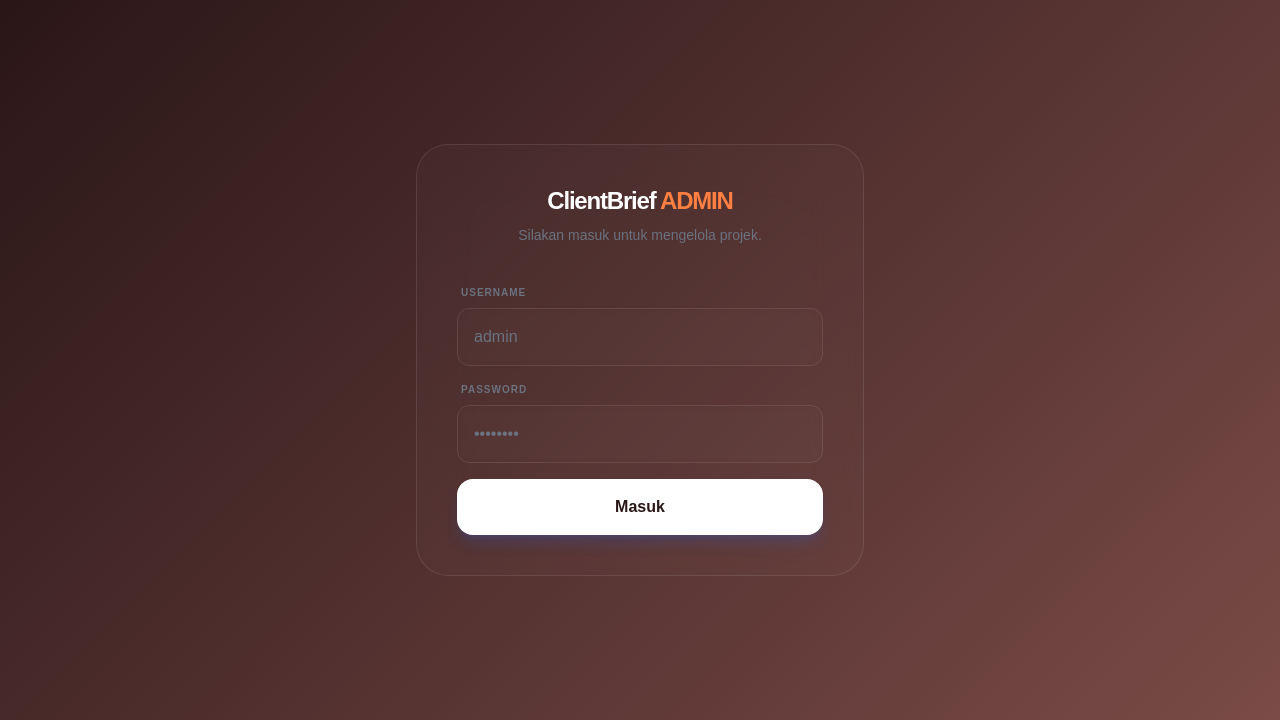
Repository: zhr-nabila/ClientBrief
Page: http://localhost/admin/login.php
The author's editor kept a copy of each file at every save. The page is drawn from the files as they stood at one save, then again after the next save.
The browser window is 1280 px wide. The pictures show the whole page.
Some web fonts or font styles are not loaded; a fallback is used. Some web libraries are served in a nearby version. The page is run by PHP 8.4 with error messages shown; the project is at /var/www/html/.

Above is the page before, as saved 2026-01-20 21:39:59.

### admin/login.php
<?php
session_start();
if (isset($_SESSION['admin_logged_in'])) {
    header("Location: index.php");
    exit();
}

if (isset($_POST['login'])) {
    $user = $_POST['username'];
    $pass = $_POST['password'];

    if ($user === "admin" && $pass === "admin123") {
        $_SESSION['admin_logged_in'] = true;
        header("Location: index.php");
        exit();
    } else {
        $error = "Username atau Password salah.";
    }
}
?>
<!DOCTYPE html>
<html lang="id">

<head>
    <meta charset="UTF-8">
    <title>Admin Login | ClientBrief</title>
    <script src="https://cdn.tailwindcss.com"></script>
    <link href="https://fonts.googleapis.com/css2?family=Plus+Jakarta+Sans:wght@400;700&display=swap" rel="stylesheet">
    <link rel="stylesheet" href="../assets/css/style.css">
</head>

<body class="flex items-center justify-center min-h-screen p-6 bg-gray-900">
    <div class="w-full max-w-md bg-white/[0.02] border border-white/10 p-10 rounded-[32px] backdrop-blur-xl">
        <div class="text-center mb-10">
            <h1 class="text-2xl font-black tracking-tighter text-white">ClientBrief <span class="text-blue-500">ADMIN</span></h1>
            <p class="text-gray-500 text-sm mt-2">Silakan masuk untuk mengelola projek.</p>
        </div>
        <?php if (isset($error)): ?>
            <div class="bg-red-500/10 border border-red-500/20 text-red-500 text-xs p-4 rounded-xl mb-6 text-center"><?= $error ?></div>
        <?php endif; ?>
        <form method="POST" class="space-y-4">
            <div>
                <label class="text-[10px] font-bold text-gray-500 uppercase tracking-widest ml-1 mb-2 block">Username</label>
                <input type="text" name="username" class="w-full bg-transparent border border-white/10 p-4 rounded-xl text-white outline-none focus:border-blue-500 transition backdrop-blur-sm placeholder:text-gray-500" placeholder="admin" required>
            </div>
            <div>
                <label class="text-[10px] font-bold text-gray-500 uppercase tracking-widest ml-1 mb-2 block">Password</label>
                <input type="password" name="password" class="w-full bg-transparent border border-white/10 p-4 rounded-xl text-white outline-none focus:border-blue-500 transition backdrop-blur-sm placeholder:text-gray-500" placeholder="••••••••" required>
            </div>
            <button type="submit" name="login" class="w-full bg-blue-600 py-4 rounded-2xl font-bold text-white mt-4 hover:bg-blue-700 transition shadow-lg shadow-blue-600/20">Masuk</button>
        </form>
    </div>
</body>

</html>

### assets/css/style.css
:root {
    --bg: #050810;
    --text: white;
    --card: rgba(42, 22, 23, 0.8);
    --border: rgba(179, 44, 26, 0.2);
}
/* HILANGKAN SCROLLBAR TAPI TETAP BISA SCROLL */
html, body {
    /* Izinkan scrolling */
    overflow-y: auto !important;
    overflow-x: hidden !important;

    /* Hilangkan scrollbar untuk Firefox */
    scrollbar-width: none !important;

    /* Hilangkan scrollbar untuk IE/Edge */
    -ms-overflow-style: none !important;
}

/* Hilangkan scrollbar untuk Chrome, Safari, Opera */
::-webkit-scrollbar {
    display: none !important;
    width: 0 !important;
    height: 0 !important;
    background: transparent !important;
}

/* Untuk elemen dengan konten scrollable */
.scrollable-content {
    overflow-y: auto;
    overflow-x: hidden;
    scrollbar-width: none;
    -ms-overflow-style: none;
}

.scrollable-content::-webkit-scrollbar {
    display: none;
}

body {
    background-color: #2A1617;
    color: var(--text);
    font-family: 'Plus Jakarta Sans', sans-serif;
    transition: 0.4s;
    overflow-x: hidden;
    min-height: 100vh;
}

.light-mode {
    background-color: #FFF897 !important;
    --text: #2A1617;
    --card: rgba(255, 255, 255, 0.9);
    --border: rgba(254, 127, 66, 0.3);
}

.light-mode .glass-card {
    background: var(--card) !important;
    border-color: var(--border) !important;
}

.light-mode .input-field {
    background: rgba(255, 255, 255, 0.9) !important;
    color: #2A1617 !important;
    border-color: rgba(254, 127, 66, 0.3) !important;
}

.light-mode .input-field::placeholder {
    color: #7A4B47 !important;
    opacity: 0.7;
}

.glass-card {
    background: var(--card);
    border: 1px solid var(--border);
    backdrop-filter: blur(15px);
}

.no-scrollbar::-webkit-scrollbar {
    display: none;
}

.no-scrollbar {
    -ms-overflow-style: none;
    scrollbar-width: none;
}

.hero-gradient {
    background: radial-gradient(circle at top right, #B32C1A, #2A1617);
}

.step-content,
#form-container {
    display: none;
}

.active {
    display: block !important;
    animation: slideUp 0.6s cubic-bezier(0.16, 1, 0.3, 1);
}

@keyframes slideUp {
    from {
        opacity: 0;
        transform: translateY(30px);
    }
    to {
        opacity: 1;
        transform: translateY(0);
    }
}

@keyframes shake {
    0%, 100% { transform: translateX(0); }
    25% { transform: translateX(-6px); }
    50% { transform: translateX(6px); }
    75% { transform: translateX(-6px); }
}

.error-shake {
    animation: shake 0.3s ease-in-out;
    border-color: #B32C1A !important;
}

.input-field {
    width: 100%;
    background: rgba(42, 22, 23, 0.6);
    border: 1px solid rgba(179, 44, 26, 0.3);
    border-radius: 1rem;
    padding: 1rem;
    color: inherit;
    outline: none;
    transition: 0.3s;
}

.input-field:focus {
    border-color: #FE7F42 !important;
    box-shadow: 0 0 0 2px rgba(254, 127, 66, 0.2);
}

.input-field:-webkit-autofill,
.input-field:-webkit-autofill:hover,
.input-field:-webkit-autofill:focus {
    -webkit-box-shadow: 0 0 0px 1000px rgba(42, 22, 23, 0.6) inset !important;
    -webkit-text-fill-color: white !important;
}

.light-mode .input-field:-webkit-autofill,
.light-mode .input-field:-webkit-autofill:hover,
.light-mode .input-field:-webkit-autofill:focus {
    -webkit-box-shadow: 0 0 0px 1000px rgba(255, 248, 151, 0.8) inset !important;
    -webkit-text-fill-color: #2A1617 !important;
}

.iti {
    width: 100%;
}

.iti__country-list {
    color: var(--text);
    border-radius: 1rem;
    padding: 10px;
    background: rgba(42, 22, 23, 0.95);
    border: 1px solid rgba(179, 44, 26, 0.3);
    max-height: 200px;
    overflow-y: auto;
    scrollbar-width: thin;
    scrollbar-color: rgba(179, 44, 26, 0.5) transparent;
    backdrop-filter: blur(10px);
}

.iti__country-list::-webkit-scrollbar {
    width: 6px;
}

.iti__country-list::-webkit-scrollbar-thumb {
    background: rgba(179, 44, 26, 0.5);
    border-radius: 3px;
}

.light-mode .iti__country-list {
    background: rgba(255, 248, 151, 0.95);
    color: #2A1617;
}

.iti__dropdown-content {
    width: 380px !important;
    background: rgba(42, 22, 23, 0.95) !important;
    border: 1px solid rgba(179, 44, 26, 0.3) !important;
    border-radius: 18px !important;
    backdrop-filter: blur(25px);
    padding: 14px !important;
    margin-top: 8px !important;
    z-index: 99999 !important;
}

.iti__search-input {
    width: 100% !important;
    padding: 14px 18px !important;
    border-radius: 14px !important;
    border: 1px solid rgba(179, 44, 26, 0.3) !important;
    background: rgba(179, 44, 26, 0.1) !important;
    color: var(--text) !important;
    margin-bottom: 14px !important;
}

.iti__country {
    padding: 12px 16px !important;
    border-radius: 12px !important;
    display: flex !important;
    align-items: center !important;
}

.iti__country-name {
    flex: 1 !important;
    font-size: 15px !important;
}

.iti__dial-code {
    font-weight: 600 !important;
    opacity: 0.85 !important;
}

.iti__country.iti__highlight {
    background: linear-gradient(135deg, #FE7F42, #B32C1A) !important;
    color: white !important;
}

/* ==================== PROGRESS BAR FIX ==================== */
#p-1, #p-2, #p-3 {
    transition: all 0.5s ease !important;
}

/* PROGRESS BAR WARNANYA DARI JS - Ini fix untuk warna default */
#p-1 {
    background-color: #FE7F42 !important;
}

/* ==================== SELECT DROPDOWN FIX ==================== */
#in-jasa {
    width: 100% !important;
    height: 56px !important;
    padding: 1rem !important;
    padding-right: 3rem !important;
    background: rgba(42, 22, 23, 0.6) !important;
    border: 1px solid rgba(179, 44, 26, 0.3) !important;
    border-radius: 1rem !important;
    color: white !important;
    font-size: 15px !important;
    font-weight: 500 !important;
    cursor: pointer !important;
    outline: none !important;
    appearance: none !important;
    -webkit-appearance: none !important;
    -moz-appearance: none !important;
    transition: all 0.3s ease !important;
}

#in-jasa:hover {
    background: rgba(179, 44, 26, 0.4) !important;
}

#in-jasa:focus {
    border-color: #FE7F42 !important;
    box-shadow: 0 0 0 2px rgba(254, 127, 66, 0.2) !important;
}

.light-mode #in-jasa {
    background: rgba(255, 255, 255, 0.9) !important;
    color: #2A1617 !important;
    border-color: rgba(254, 127, 66, 0.3) !important;
}

.light-mode #in-jasa:hover {
    background: rgba(254, 127, 66, 0.1) !important;
}

/* FIX OPTION TEXT - HAPUS ICON */
#in-jasa option {
    background: #2A1617 !important;
    color: white !important;
    padding: 12px !important;
    font-size: 14px !important;
}

.light-mode #in-jasa option {
    background: #FFF897 !important;
    color: #2A1617 !important;
}

#in-jasa option:checked {
    background: linear-gradient(135deg, #FE7F42, #B32C1A) !important;
    color: white !important;
}

.relative > i[data-lucide="chevron-down"] {
    position: absolute;
    right: 1rem;
    top: 50%;
    transform: translateY(-50%);
    opacity: 0.5;
    pointer-events: none;
}

.light-mode .relative > i[data-lucide="chevron-down"] {
    color: #7A4B47 !important;
}

/* ==================== WARNA UTAMA ==================== */
.text-blue-600 {
    color: #FE7F42 !important;
}

button.bg-blue-600,
.btn-next {
    background-color: #FE7F42 !important;
    border: none !important;
}

button.bg-blue-600:hover,
.btn-next:hover {
    background-color: #B32C1A !important;
}

button[type="submit"] {
    background: white !important;
    color: #2A1617 !important;
    font-weight: 800;
}

button[type="submit"]:hover {
    background: #FE7F42 !important;
    color: white !important;
}

.border-2.border-dashed {
    border-color: rgba(254, 127, 66, 0.3) !important;
}

.w-8.h-8.text-blue-500 {
    color: #FE7F42 !important;
}

.btn-back {
    background: transparent !important;
    border: 1px solid rgba(254, 127, 66, 0.3) !important;
}

.light-mode .btn-back {
    border-color: rgba(179, 44, 26, 0.3) !important;
    color: #7A4B47 !important;
}

.hover\:bg-blue-600:hover {
    background-color: #FE7F42 !important;
}

.shadow-2xl.shadow-white\/10 {
    box-shadow: 0 25px 50px -12px rgba(254, 127, 66, 0.25) !important;
}

@keyframes fadeIn {
    from { opacity: 0; }
    to { opacity: 1; }
}

#imageModal.active {
    display: flex;
    animation: fadeIn 0.3s ease;
    background: rgba(42, 22, 23, 0.95) !important;
}

/* ==================== ADMIN ==================== */
body:not(.light-mode) {
        background: linear-gradient(135deg, #2A1617 0%, #7A4B47 100%) !important;
    }

    body.light-mode {
        background: linear-gradient(135deg, #FFF897 0%, #FE7F42 100%) !important;
        color: #1A141A !important;
    }

    .glass-card {
        background: rgba(26, 20, 26, 0.7) !important;
        border: 1px solid rgba(179, 44, 26, 0.2) !important;
    }

    .light-mode .glass-card {
        background: rgba(255, 255, 255, 0.85) !important;
        border: 1px solid rgba(254, 127, 66, 0.2) !important;
    }

    /* Warna untuk statistik cards */
    .bg-blue-500\/20 { background: rgba(254, 127, 66, 0.2) !important; }
    .text-blue-500 { color: #FE7F42 !important; }

    .bg-orange-500\/20 { background: rgba(255, 248, 151, 0.2) !important; }
    .text-orange-500 { color: #FFF897 !important; }

    .bg-green-500\/20 { background: rgba(179, 44, 26, 0.2) !important; }
    .text-green-400 { color: #B32C1A !important; }

After the next save:
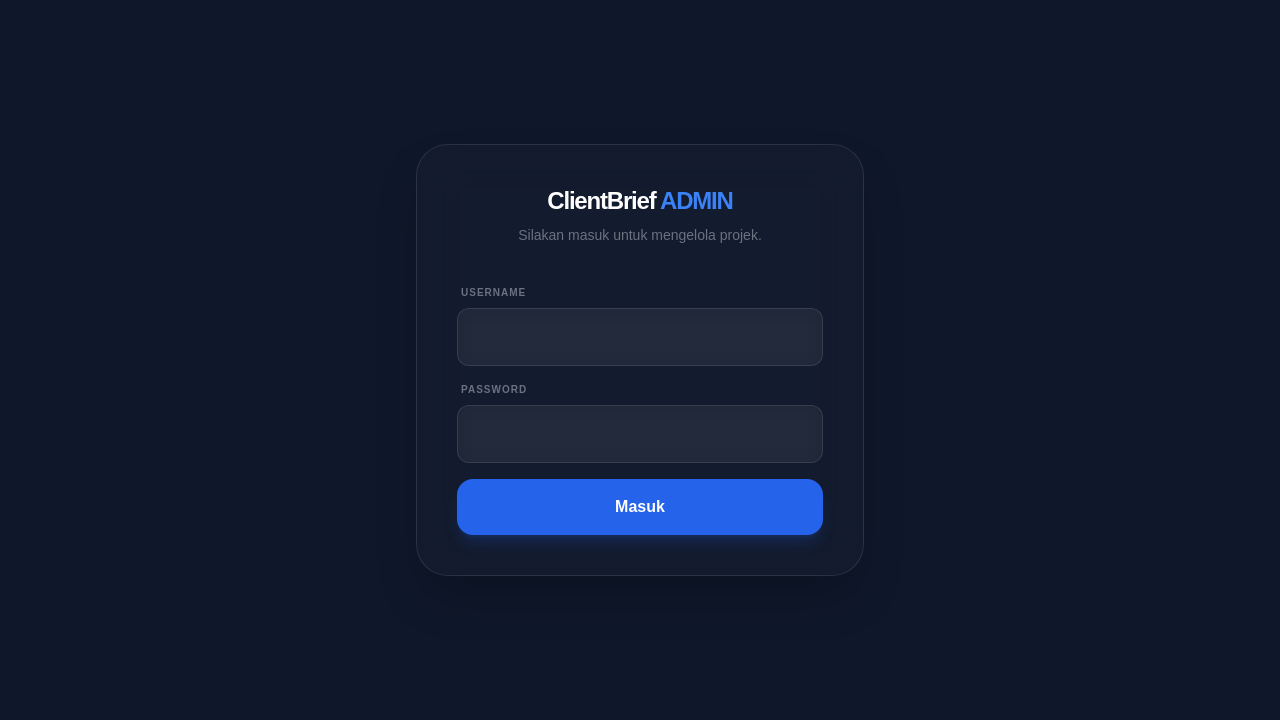
Saved 32 s later.
--- a/admin/login.php
+++ b/admin/login.php
@@ -26,28 +26,52 @@
     <title>Admin Login | ClientBrief</title>
     <script src="https://cdn.tailwindcss.com"></script>
     <link href="https://fonts.googleapis.com/css2?family=Plus+Jakarta+Sans:wght@400;700&display=swap" rel="stylesheet">
-    <link rel="stylesheet" href="../assets/css/style.css">
+    <style>
+        body {
+            font-family: 'Plus Jakarta Sans', sans-serif;
+            background: #0f172a; /* Warna gelap agar blur terlihat */
+        }
+
+        /* CSS KHUSUS UNTUK MENGHILANGKAN PUTIH AUTOFILL */
+        input:-webkit-autofill,
+        input:-webkit-autofill:hover,
+        input:-webkit-autofill:focus {
+            -webkit-text-fill-color: white;
+            -webkit-box-shadow: 0 0 0px 1000px rgba(255, 255, 255, 0.05) inset;
+            transition: background-color 5000s ease-in-out 0s;
+            backdrop-filter: blur(12px);
+        }
+    </style>
 </head>
 
-<body class="flex items-center justify-center min-h-screen p-6 bg-gray-900">
-    <div class="w-full max-w-md bg-white/[0.02] border border-white/10 p-10 rounded-[32px] backdrop-blur-xl">
+<body class="flex items-center justify-center min-h-screen p-6">
+    <div class="w-full max-w-md bg-white/[0.02] border border-white/10 p-10 rounded-[32px] backdrop-blur-xl shadow-2xl">
         <div class="text-center mb-10">
             <h1 class="text-2xl font-black tracking-tighter text-white">ClientBrief <span class="text-blue-500">ADMIN</span></h1>
             <p class="text-gray-500 text-sm mt-2">Silakan masuk untuk mengelola projek.</p>
         </div>
+
         <?php if (isset($error)): ?>
             <div class="bg-red-500/10 border border-red-500/20 text-red-500 text-xs p-4 rounded-xl mb-6 text-center"><?= $error ?></div>
         <?php endif; ?>
+
         <form method="POST" class="space-y-4">
             <div>
                 <label class="text-[10px] font-bold text-gray-500 uppercase tracking-widest ml-1 mb-2 block">Username</label>
-                <input type="text" name="username" class="w-full bg-transparent border border-white/10 p-4 rounded-xl text-white outline-none focus:border-blue-500 transition backdrop-blur-sm placeholder:text-gray-500" placeholder="admin" required>
+                <input type="text" name="username"
+                    class="w-full bg-white/[0.05] border border-white/10 p-4 rounded-xl text-white outline-none focus:border-blue-500 transition backdrop-blur-md"
+                    required autocomplete="off">
             </div>
             <div>
                 <label class="text-[10px] font-bold text-gray-500 uppercase tracking-widest ml-1 mb-2 block">Password</label>
-                <input type="password" name="password" class="w-full bg-transparent border border-white/10 p-4 rounded-xl text-white outline-none focus:border-blue-500 transition backdrop-blur-sm placeholder:text-gray-500" placeholder="••••••••" required>
+                <input type="password" name="password"
+                    class="w-full bg-white/[0.05] border border-white/10 p-4 rounded-xl text-white outline-none focus:border-blue-500 transition backdrop-blur-md"
+                    required>
             </div>
-            <button type="submit" name="login" class="w-full bg-blue-600 py-4 rounded-2xl font-bold text-white mt-4 hover:bg-blue-700 transition shadow-lg shadow-blue-600/20">Masuk</button>
+            <button type="submit" name="login"
+                class="w-full bg-blue-600 py-4 rounded-2xl font-bold text-white mt-4 hover:bg-blue-700 transition shadow-lg shadow-blue-600/20">
+                Masuk
+            </button>
         </form>
     </div>
 </body>

After the save that followed:
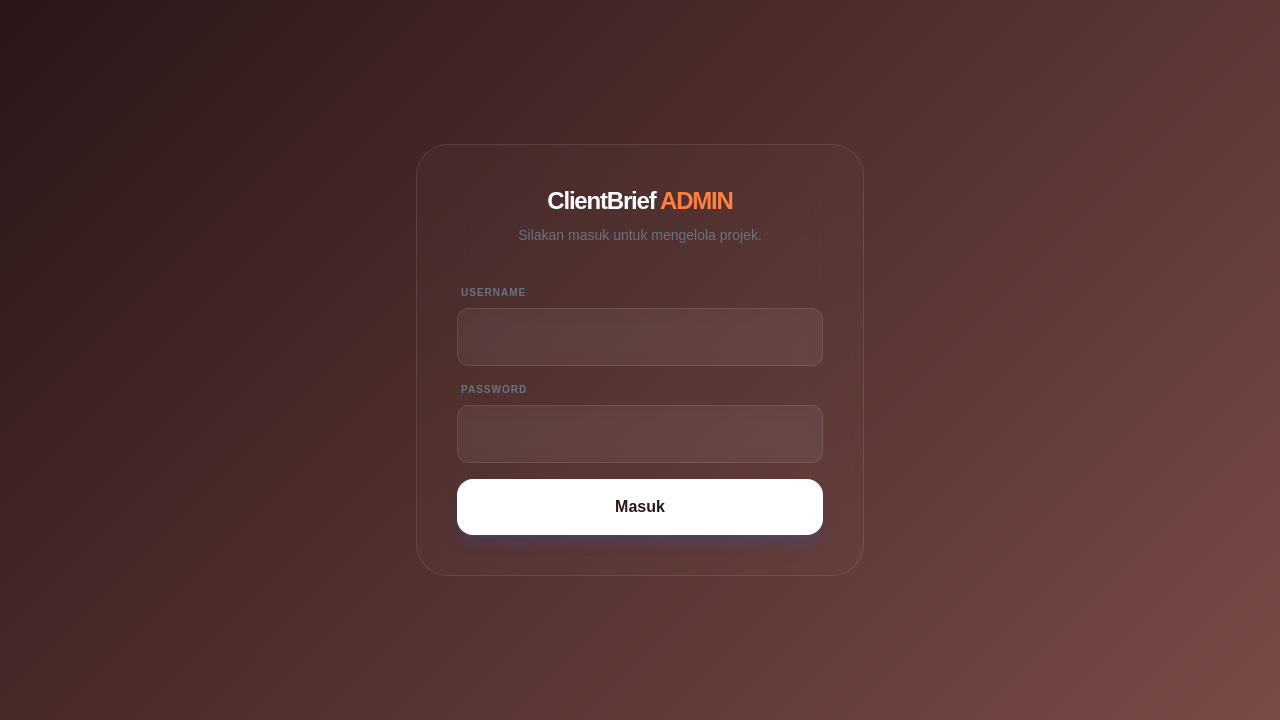
Saved 68 s later.
--- a/admin/login.php
+++ b/admin/login.php
@@ -26,26 +26,22 @@
     <title>Admin Login | ClientBrief</title>
     <script src="https://cdn.tailwindcss.com"></script>
     <link href="https://fonts.googleapis.com/css2?family=Plus+Jakarta+Sans:wght@400;700&display=swap" rel="stylesheet">
+    <link rel="stylesheet" href="../assets/css/style.css">
     <style>
-        body {
-            font-family: 'Plus Jakarta Sans', sans-serif;
-            background: #0f172a; /* Warna gelap agar blur terlihat */
-        }
-
-        /* CSS KHUSUS UNTUK MENGHILANGKAN PUTIH AUTOFILL */
+        /* CSS ini untuk memastikan saat 'Autofill' (input terisi otomatis),
+           background tetap transparan/blur dan tidak berubah jadi putih/biru */
         input:-webkit-autofill,
         input:-webkit-autofill:hover,
         input:-webkit-autofill:focus {
-            -webkit-text-fill-color: white;
-            -webkit-box-shadow: 0 0 0px 1000px rgba(255, 255, 255, 0.05) inset;
+            -webkit-text-fill-color: white !important;
+            -webkit-box-shadow: 0 0 0px 1000px rgba(255, 255, 255, 0.02) inset !important;
             transition: background-color 5000s ease-in-out 0s;
-            backdrop-filter: blur(12px);
         }
     </style>
 </head>
 
 <body class="flex items-center justify-center min-h-screen p-6">
-    <div class="w-full max-w-md bg-white/[0.02] border border-white/10 p-10 rounded-[32px] backdrop-blur-xl shadow-2xl">
+    <div class="w-full max-w-md bg-white/[0.02] border border-white/10 p-10 rounded-[32px] backdrop-blur-xl">
         <div class="text-center mb-10">
             <h1 class="text-2xl font-black tracking-tighter text-white">ClientBrief <span class="text-blue-500">ADMIN</span></h1>
             <p class="text-gray-500 text-sm mt-2">Silakan masuk untuk mengelola projek.</p>
@@ -59,19 +55,16 @@
             <div>
                 <label class="text-[10px] font-bold text-gray-500 uppercase tracking-widest ml-1 mb-2 block">Username</label>
                 <input type="text" name="username"
-                    class="w-full bg-white/[0.05] border border-white/10 p-4 rounded-xl text-white outline-none focus:border-blue-500 transition backdrop-blur-md"
-                    required autocomplete="off">
+                    class="w-full bg-white/5 border border-white/10 p-4 rounded-xl text-white outline-none focus:border-blue-500 transition backdrop-blur-md"
+                    required>
             </div>
             <div>
                 <label class="text-[10px] font-bold text-gray-500 uppercase tracking-widest ml-1 mb-2 block">Password</label>
                 <input type="password" name="password"
-                    class="w-full bg-white/[0.05] border border-white/10 p-4 rounded-xl text-white outline-none focus:border-blue-500 transition backdrop-blur-md"
+                    class="w-full bg-white/5 border border-white/10 p-4 rounded-xl text-white outline-none focus:border-blue-500 transition backdrop-blur-md"
                     required>
             </div>
-            <button type="submit" name="login"
-                class="w-full bg-blue-600 py-4 rounded-2xl font-bold text-white mt-4 hover:bg-blue-700 transition shadow-lg shadow-blue-600/20">
-                Masuk
-            </button>
+            <button type="submit" name="login" class="w-full bg-blue-600 py-4 rounded-2xl font-bold text-white mt-4 hover:bg-blue-700 transition shadow-lg shadow-blue-600/20">Masuk</button>
         </form>
     </div>
 </body>
